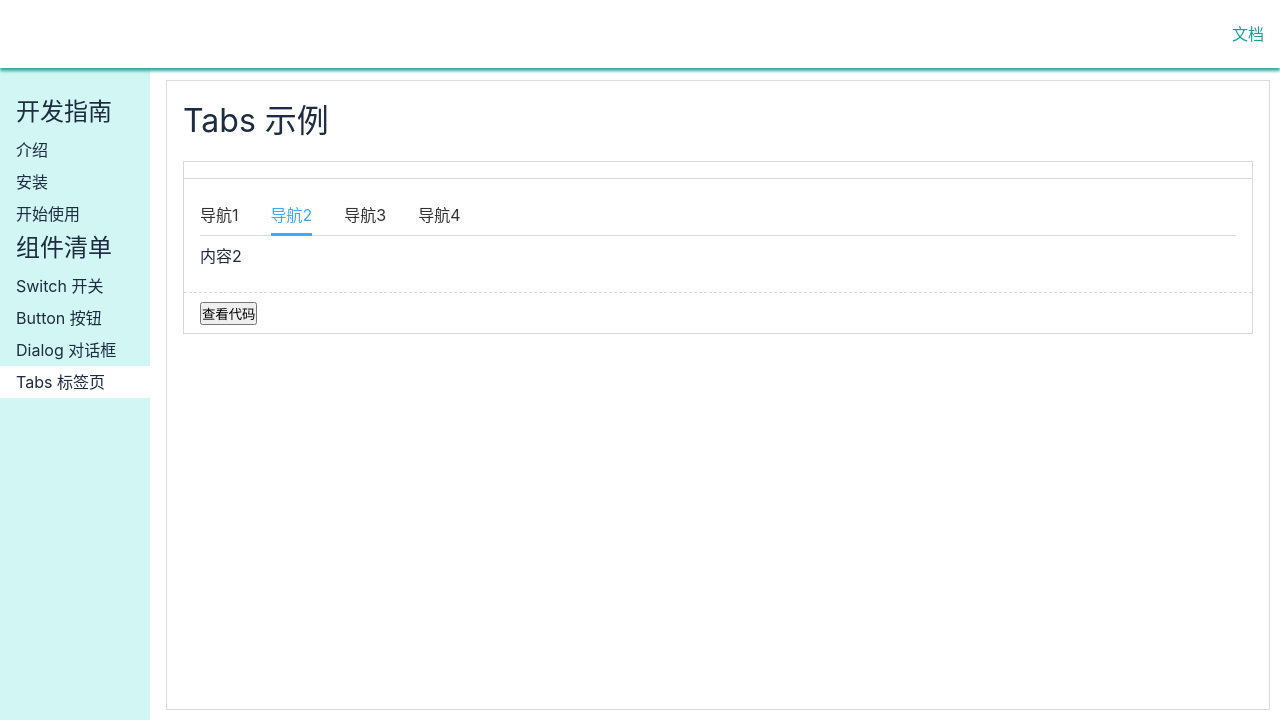
Repository: cnqinglin/vue3-vite-UI
Page: /#/doc/tabs
These files come from the project's save history. The page is drawn as it stood at one moment and after the next save; the edit follows.
The browser window is 1280 px wide. The pictures show the whole page.
The project was rebuilt for these pictures with package versions that can differ from the ones it lists, and the page was loaded fresh each time. Also part of the build but not shown: vite.config.ts, src/views/Home.vue, src/components/markdown.vue. Imported but missing from the stored project, and not drawn on this page: src/components/ButtonDemo.vue, src/components/DialogDemo.vue, src/components/SwitchDemo.vue.

Above is the page before, as saved 2022-04-20 07:53:40.

### index.html
<!DOCTYPE html>
<html lang="en">
<head>
  <meta charset="UTF-8">
  <link rel="icon" href="/favicon.ico" />
  <meta name="viewport" content="width=device-width, initial-scale=1.0">
  <title>Vite App</title>
  <script src="//at.alicdn.com/t/font_3335850_pz9r2az7n8.js"></script>
</head>
<body>
  <div id="app"></div>
  <script type="module" src="/src/main.ts"></script>
</body>
</html>

### src/main.ts
import "./lib/gulu.scss";
import "./index.scss";
import { createApp } from "vue";
import App from "./App.vue";
import { router } from "./router";
import "github-markdown-css";
import Markdown from './components/markdown.vue'

const app = createApp(App);
app.component('Markdown',Markdown)
app.use(router);
app.mount("#app");

### src/lib/gulu.scss
[class^="gulu-"], [class*=" gulu-"] {
  margin: 0;
  padding: 0;
  box-sizing: border-box;
  font-size: 16px;
  // 为什么这样写 font-family
  // 答案见 https://github.com/zenozeng/fonts.css/
  font-family: -apple-system, "Noto Sans", "Helvetica Neue", Helvetica,
    "Nimbus Sans L", Arial, "Liberation Sans", "PingFang SC", "Hiragino Sans GB",
    "Noto Sans CJK SC", "Source Han Sans SC", "Source Han Sans CN",
    "Microsoft YaHei", "Wenquanyi Micro Hei", "WenQuanYi Zen Hei", "ST Heiti",
    SimHei, "WenQuanYi Zen Hei Sharp", sans-serif;
}

### src/index.scss
* {
  margin: 0;
  padding: 0;
  box-sizing: border-box;
}
ul,
ol {
  list-style: none;
}
a {
  text-decoration: none;
  color: inherit;
  &:hover {
    text-decoration: underline;
    cursor: pointer;
  }
}
h1,
h2,
h3,
h4,
h5,
h6 {
  font-weight: normal;
}

body {
  line-height: 1.5;
  color: #1d2c40;
  font-size: 16px;
  // 为什么这样写 font-family
  // 答案见 https://github.com/zenozeng/fonts.css/
  font-family: -apple-system, "Noto Sans", "Helvetica Neue", Helvetica,
    "Nimbus Sans L", Arial, "Liberation Sans", "PingFang SC", "Hiragino Sans GB",
    "Noto Sans CJK SC", "Source Han Sans SC", "Source Han Sans CN",
    "Microsoft YaHei", "Wenquanyi Micro Hei", "WenQuanYi Zen Hei", "ST Heiti",
    SimHei, "WenQuanYi Zen Hei Sharp", sans-serif;
}

### src/App.vue
<template>
  <router-view />
</template>

<script lang="ts">
import { ref, provide } from "vue";
import { router } from "./router";

export default {
  name: "App",
  setup() {
    const width = document.documentElement.clientWidth;
    const menuVisible = ref(width <= 500 ? false : true);
    provide("menuVisible", menuVisible); // set
    router.afterEach(() => {
      if (width <= 500) {
        menuVisible.value = false;
      }
    });
  },
};
</script>

### src/router.ts
import { createWebHashHistory, createRouter } from "vue-router";
import Home from "./views/Home.vue";
import Doc from "./views/Doc.vue";
import SwitchDemo from "./components/SwitchDemo.vue";
import ButtonDemo from "./components/ButtonDemo.vue";
import DialogDemo from "./components/DialogDemo.vue";
import TabsDemo from "./components/TabsDemo.vue";
import DocDemo from "./components/DocDemo.vue";
import { h } from "vue";
import Markdown from './components/markdown.vue'

const history = createWebHashHistory();

const x = path => {
  return h(Markdown,{'path':`../markdown/${path}.md`,key:Math.random()})
}

export const router = createRouter({
  history: history,
  routes: [
    { path: "/", component: Home },
    {
      path: "/doc",
      component: Doc,
      children: [
        { path: "", redirect:'/doc/intro' },
        { path: "intro", component: x('intro')},
        { path: "install", component:x('install') },
        { path: "use", component: x('use')},
        { path: "switch", component: SwitchDemo },
        { path: "button", component: ButtonDemo },
        { path: "dialog", component: DialogDemo },
        { path: "tabs", component: TabsDemo },
      ],
    },
  ],
});
router.afterEach(() => {
  console.log("路由切换了");
});

### src/views/Doc.vue
<template>
  <div class="layout">
    <Topnav :toggleMenuButtonVisible="true" class="nav" />
    <div class="content">
      <aside v-if="menuVisible">
        <h2>开发指南</h2>
        <ol>
            <li>
            <router-link to="/doc/intro">介绍</router-link>
          </li>
          <li>
            <router-link to="/doc/install">安装</router-link>
          </li>
          <li>
            <router-link to="/doc/use">开始使用</router-link>
          </li>
        </ol>
        <h2>组件清单</h2>
        <ol>
          <li>
            <router-link to="/doc/switch">Switch 开关</router-link>
          </li>
          <li>
            <router-link to="/doc/button">Button 按钮</router-link>
          </li>
          <li>
            <router-link to="/doc/dialog">Dialog 对话框</router-link>
          </li>
          <li>
            <router-link to="/doc/tabs">Tabs 标签页</router-link>
          </li>
        </ol>
      </aside>
      <main class="main">
        <router-view />
      </main>
    </div>
  </div>
</template>
<script lang="ts">
import Topnav from "../components/Topnav.vue";
import { inject, Ref } from "vue";
export default {
  components: { Topnav },
  setup() {
    const menuVisible = inject<Ref<boolean>>("menuVisible"); // get
    return { menuVisible };
  },
};
</script>
<style lang="scss" scoped>
$z-index:10;
.layout {
  display: flex;
  flex-direction: column;
  height: 100vh;
  > .nav {
    flex-shrink: 0;
  }
  > .content {
    margin-top: 10px;
    flex-grow: 1;
    padding-top: 60px;
    padding-left: 156px;
    @media (max-width: 500px) {
      padding-left: 0;
    }
  }
}
.content {
  margin-top: 10px;
  padding-top: 20px;
  display: flex;
  > aside {
    flex-shrink: 0;
  }
  > main {
    flex-grow: 1;
    padding: 16px;
    background: rgb(255,255,255)
  }
}
aside {
  background: rgb(209, 246, 244);
  width: 150px;
  padding: 16px 0px;
  position: fixed;
  top: 0;
  left: 0;
  padding-top: 94px;
  height: 100%;
  z-index:$z-index;
  > h2 {
    margin-bottom: 4px;
    padding: 0 16px;
  }
  > ol {
    > li {
      > a {
        display:block;
        text-decoration: none;
        padding:4px 16px;
      }
      .router-link-active {
        background:white;
      }
    }
  }
}
main {
  overflow: auto;
  border: 1px solid gainsboro;
  padding-top: 20px;
  padding-left: 20px;
  margin: 10px 10px;
  background-color:#fff ;
}
</style>

### src/components/TabsDemo.vue
<template>
<h1>Tabs 示例</h1>
<Demo :component="Tabs1Demo" />
</template>

<script lang="ts">
import Demo from './Demo.vue'
import Tabs1Demo from './Tabs1.demo.vue'
export default {
  components: {
    Demo
  },
  setup() {
    return {
      Tabs1Demo
    }
  }
}
</script>

### src/components/Topnav.vue
<template>
  <div class="topnav">
    <router-link to="/" class="logo">
      <svg class="icon" aria-hidden="true">
        <use xlink:href="#icon-vue3-UI"></use>
    </svg>
    </router-link>
    <ul class="menu">
      <router-link to="/doc">文档</router-link>
    </ul>
    <svg v-if="toggleMenuButtonVisible" class="toggleAside" @click="toggleMenu">
      <use xlink:href="#icon-menu"></use>
    </svg>
  </div>
</template>
<script lang="ts">
import { inject, Ref } from "vue";
export default {
  props:{
    toggleMenuButtonVisible:{
      type:Boolean,
      default:false
    }
  },
  setup() {
    const menuVisible = inject<Ref<boolean>>("menuVisible"); // get
    const toggleMenu = () => {
      menuVisible.value = !menuVisible.value;
    };
    return { toggleMenu };
  },
};
</script>
<style lang="scss" scoped>
$text-color:#18a19a;
    .icon {
       width: .5em; height: .5em;
       vertical-align: -0.15em;
       fill: currentColor;
       overflow: hidden;
    }

.topnav {
  // background: pink;
  color:$text-color;
  display: flex;
  padding: 16px;
  margin-bottom: 2px;
  position: fixed;
  z-index: 20;
  top: 0;
  left: 0;
  width: 100%;
  z-index: 20;
  justify-content: center;
  align-items: center;
  background: #fff;
  box-shadow: 0 3px 3px #34a7a1;
  > .logo {
    max-width: 6em;
    margin-right: auto;
    > svg {
      width :32px;
      height:32px;
    }
  }
  > .menu {
    display: flex;
    white-space: nowrap;
    flex-wrap: nowrap;
    > li {
      margin: 0 3em;
    }
  }
  > .toggleAside {
    width: 24px;
    height: 24px;
    background: fade-out(black, 0.9);
    position: absolute;
    left: 16px;
    top: 50%;
    transform: translateY(-50%);
    display: none;
  }
  @media (max-width: 500px) {
    > .menu {
      display: none;
    }
    > .logo {
      margin: 0 auto;
    }
    > .toggleAside {
      display: inline-block;
    }
  }
}
</style>

### src/components/demo.vue
<template>
    <div class="demo">
    <h2>{{component.__sourceCodeTitle}}</h2>
    <div class="demo-component">
      <component :is="component" />
    </div>
    <div class="demo-actions">
      <Button @click="visible = !visible">查看代码</Button>
    </div>
    <div class="demo-code" v-if="visible">
      <pre>{{component.__sourceCode}}</pre>
    </div>
  </div>
</template>
<script lang="ts">
import Button from '../lib/Button.vue'
import {ref} from 'vue'
export default{
    props:{
        component:Object,
    },
    setup(){
        const visible = ref(false);
        return {
            visible
        }
    }
}
</script>
<style lang="scss" scoped>
$border-color: #d9d9d9;
.demo {
  border: 1px solid $border-color;
  margin: 16px 0 32px;
  >h2 {
    font-size: 20px;
    padding: 8px 16px;
    border-bottom: 1px solid $border-color;
  }
  &-component {
    padding: 16px;
  }
  &-actions {
    padding: 8px 16px;
    border-top: 1px dashed $border-color;
  }
  &-code {
    padding: 8px 16px;
    border-top: 1px dashed $border-color;
    >pre {
      line-height: 1.1;
      font-family: Consolas, 'Courier New', Courier, monospace;
      margin: 0;
    }
  }
}
</style>

### src/components/Tabs1.demo.vue
<demo>
常规使用
</demo>
<template>
<Tabs v-model:selected="x">
  <Tab title="导航1">内容1</Tab>
  <Tab title="导航2">内容2</Tab>
  <Tab title="导航3">内容3</Tab>
  <Tab title="导航4">内容4</Tab>
</Tabs>
</template>

<script lang="ts">
import Tabs from '../lib/Tabs.vue'
import Tab from '../lib/Tab.vue'
import {
  ref
} from 'vue'
export default {
  components: {
    Tabs,
    Tab
  },
  setup() {
    const x = ref('导航2')
    return {
      x
    }
  }
}
</script>

### src/lib/tabs.vue
<template>
<div class="gulu-tabs">
  <div class="gulu-tabs-nav" ref="container">
    <div class="gulu-tabs-nav-item" v-for="(t,index) in titles" :ref="el => { if (t===selected) selectedItem = el }" @click="select(t)" :class="{selected: t=== selected}" :key="index">{{t}}</div>
    <div class="gulu-tabs-nav-indicator" ref="indicator"></div>
  </div>
  <div class="gulu-tabs-content">
    <component :is="current" :key="current.props.title" />
  </div>
</div>
</template>

<script lang="ts">
import Tab from './Tab.vue'
import {
  computed,
  ref,
  watchEffect,
  onMounted
} from 'vue'
export default {
  props: {
    selected: {
      type: String
    }
  },
  setup(props, context) {
    const selectedItem = ref < HTMLDivElement > (null)
    const indicator = ref < HTMLDivElement > (null)
    const container = ref < HTMLDivElement > (null)
    onMounted(() => {
      watchEffect(() => {
        const {
          width
        } = selectedItem.value.getBoundingClientRect()
        indicator.value.style.width = width + 'px'
        const {
          left: left1
        } = container.value.getBoundingClientRect()
        const {
          left: left2
        } = selectedItem.value.getBoundingClientRect()
        const left = left2 - left1
        indicator.value.style.left = left + 'px'
      })
    })
    const defaults = context.slots.default()
    defaults.forEach((tag) => {
      if (tag.type !== Tab) {
        throw new Error('Tabs 子标签必须是 Tab')
      }
    })
    const current = computed(() => {
      return defaults.find(tag => tag.props.title === props.selected)
    })
    const titles = defaults.map((tag) => {
      return tag.props.title
    })
    const select = (title: string) => {
      context.emit('update:selected', title)
    }
    return {
      current,
      defaults,
      titles,
      select,
      selectedItem,
      indicator,
      container
    }
  }
}
</script>

<style lang="scss">
$blue: #40a9ff;
$color: #333;
$border-color: #d9d9d9;
.gulu-tabs {
  &-nav {
    display: flex;
    color: $color;
    border-bottom: 1px solid $border-color;
    position: relative;
    &-item {
      padding: 8px 0;
      margin: 0 16px;
      cursor: pointer;
      &:first-child {
        margin-left: 0;
      }
      &.selected {
        color: $blue;
      }
    }
    &-indicator {
      position: absolute;
      height: 3px;
      background: $blue;
      left: 0;
      bottom: -1px;
      width: 100px;
      transition: all 250ms;
    }
  }
  &-content {
    padding: 8px 0;
  }
}
</style>

### src/lib/tab.vue
<template>
    <div>
        <slot />
    </div>
</template>

After the next save:
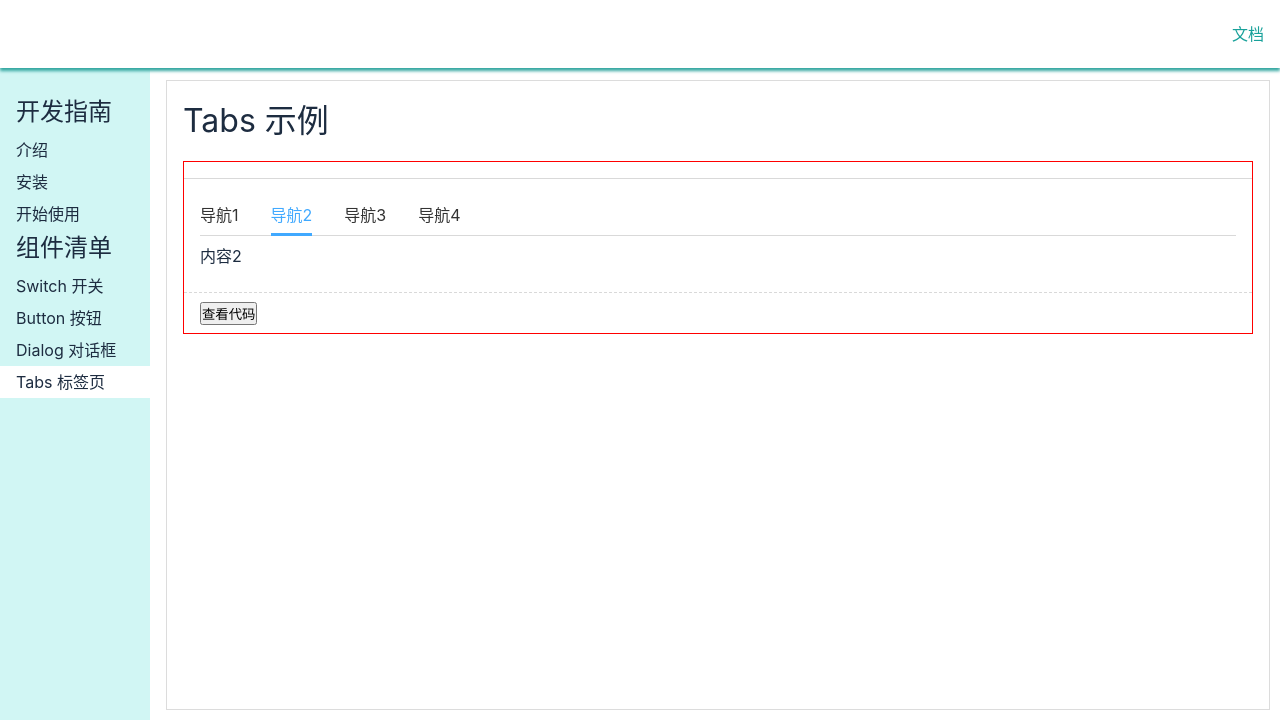
Saved 116 s later.
--- a/src/components/demo.vue
+++ b/src/components/demo.vue
@@ -31,6 +31,7 @@
 $border-color: #d9d9d9;
 .demo {
   border: 1px solid $border-color;
+  border-color: red;
   margin: 16px 0 32px;
   >h2 {
     font-size: 20px;
